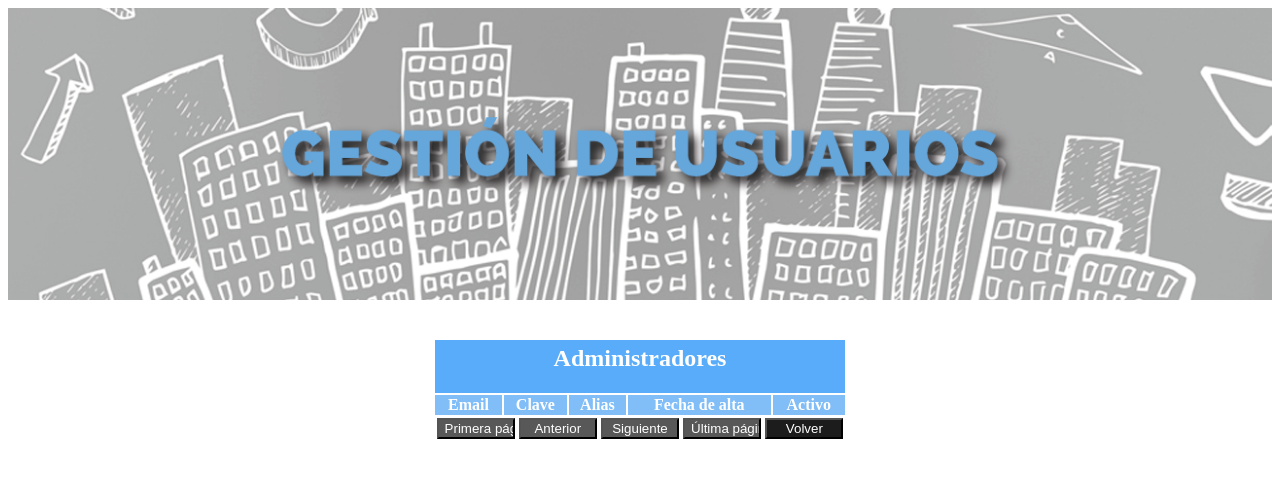
Repository: maguria/usuariosmj
Page: http://localhost/usuario/administradores.php?page=1
The author's editor kept a record of every edit. The page is drawn from the files as they stood at one moment, then again after the next edit.
The browser window is 1280 px wide. The pictures show the whole page.
The page is run by PHP 8.4 with error messages shown; the project is at /var/www/html/. Queries for data that is not in the repository find no rows.

Above is the page before.

### usuario/administradores.php
<?php
    require '../clases/AutoCarga.php';
    $sesion=new Session();
    $bd = new Database();
    $gestor=new ManageUsuario($bd);
    $page=  Request::get('page');
    if($page===null || $page===""){
        $page=1;
    }
    $registros=$gestor->count();

    $paginas=ceil($registros /  Contants::NRPP);

    $usuarios=$gestor->getListAdministrador($page);
    $usu=new Usuario();
    $a=Request::get('a');
?>
<html>
    <head>
        <meta charset="UTF-8">
        <link rel="stylesheet" href="../css/main.css"/>
        <title></title>
    </head>
    <body>
        <div class="index">
        <div class="fondo"><img src="../images/fondo.png"/></div>
        <div class="englobaadmin">
            <div class="tabla">
          <table>
                        <th colspan="5" class="th">
                            <h2 class="blanco">Administradores</h2>
                        </th>
                        <tr>
                        <th class="thdos">Email</th>
                        <th class="thdos">Clave</th>
                        <th class="thdos">Alias</th>
                        <th class="thdos">Fecha de alta</th>
                        <th class="thdos">Activo</th>

                        <?php
                            foreach ($usuarios as $indice => $usuario) {

                        ?>
                            <tr>
                                <td>
                                    <?php echo $usuario->getEmail()?>
                                </td>
                                <td>
                                    <?php echo $usuario->getClave(); ?>
                                </td>
                                <td>
                                    <?php echo $usuario->getAlias(); ?>
                                </td>
                                <td>
                                    <?php echo $usuario->getfechaAlta(); ?>
                                </td>
                                <td>
                                    <?php echo $usuario->getActivo(); ?>
                                </td>



                            </tr>
                            <?php
                        }
                        ?>
                                <tr>
                                    <td colspan="5" class="pagina">
                                        <a href='?page=1'>
                                            <input type="button" name="primera" value="Primera página" class="page" />
                                        </a>
                                        <a href="?page=<?php echo max(1, $page-1); ?>">
                                            <input type="button" name="anterior" value="Anterior" class="page"  />
                                        </a>
                                        <a href="?page=<?php echo min($page+1,$paginas); ?>">
                                            <input type="button" name="siguiente" value="Siguiente" class="page"  />
                                        </a>
                                        <a href="?page=<?php echo $paginas; ?>">
                                            <input type="button" name="ultima" value="Última página" class="page" />
                                        </a>
                                        <a href="pagadministrador.php" class="volver2"><input type="button" name="volver" value="Volver" class="page pagedos" /></a>
                                    </td>
                                </tr>

                    </table>
                    </div>
            </div>
          </div>
    </body>
</html>
<?php
$bd->close();
?>

### clases/AutoCarga.php
<?php


class AutoCarga {

 static public function cargar($clase) {
 $archivo = "../clases/" . str_replace('\\', '/', $clase) . ".php";
 if (file_exists($archivo)) {
 require $archivo;
 }

 }
}
 spl_autoload_register('AutoCarga::cargar');




?>

### clases/Session.php
<?php
class Session {
    private static $iniciada = false;
    function __construct($nombre = null) {
        if (!self::$iniciada){
            if($nombre!=null){
                session_name($nombre);
            }
            session_start();
            //$this->_control();
        }
        self::$iniciada = true;
    }
    private function _control() {
        $ip = $this->get('_ip');
        $cliente = $this->get('_cliente');
        if ($ip == null && $cliente == null) {
            $this->set('_ip', Server::getClientAddress());
            $this->set('_cliente', Server::getUserAgent());
        } else {
            if ($ip != Server::getClientAddress() || $cliente != Server::getUserAgent()) {
                $this->destroy();
            }
        }
    }

    function isLogged(){
        return $this->getUser()!=null;
    }
    function get($nombre) {
        if (isset($_SESSION[$nombre])) {
            return $_SESSION[$nombre];
        }
        return null;
    }

    function getUser(){
        return $this->get("_usuario");
    }
    function set($nombre, $valor) {
        $_SESSION[$nombre] = $valor;
    }
    function setUser(Usuario $usuario){
        $this->set("_usuario", $usuario);
    }

    function delete($nombre) {
        if (isset($_SESSION[$nombre])) {
            unset($_SESSION[$nombre]);
        }
    }
    function destroy() {
        session_destroy();
    }
    //El segundo parametro nos manda al sitio y hacemos un exit
    function sendRedirect($destino = "index.php", $final = true){
        header("Location: $destino");
        if($final ===true){
            exit();
        }
    }
    function getPacienteSas(){
        $this->get("_paciente");
    }
    function setPacienteSas(PacienteSas $pacienteSas){
        $this->set("_pacienteSas",$pacienteSas);
    }


}

### clases/Database.php
<?php

/*
 Metodos:
 Constructor;
 SentenciaSql/query/insert/update/delete;
 Cerrar;
 getCount;
 getID;
 getRow;
 */

class Database {
    private $conexion, $consulta;

    function __construct() {
        try {
    $this->conexion = new PDO(
            'mysql:host=' . Contants::SERVER . ';' .
            'dbname=' . Contants::DATABASE, Contants::DBUSER,  Contants::DBPASS, array(
        PDO::ATTR_PERSISTENT => true,
        PDO::MYSQL_ATTR_INIT_COMMAND => 'set names utf8')
    );
    } catch (PDOException $e) {
    //Esta parte hay que trabajarla
    var_dump($e);
    echo 'no se ha podido conectar';
    exit();
    }
    }

    function close(){
        $this->conexion = null;
    }

    function getCount(){
        return $this->consulta->rowCount();
    }

    function getID(){
        return $this->conexion->lastInsertId();
    }

    function getErrorConection(){
        return $this->conexion->errorInfo();
    }

    function getErrorSql(){
        return $this->consulta->errorInfo();
    }

    function send($sql, $parametros=array()){
        $this->consulta = $this->conexion->prepare($sql);
        foreach ($parametros as $nombreParametro => $valorParametro) {
            $this->consulta->bindValue($nombreParametro, $valorParametro);
        }
        return $this->consulta->execute();
    }

    function getRow(){
        $r = $this->consulta->fetch();
        if($r===null){
            $this->consulta->closeCursor();
        }
        return $r;
    }
    //Para saber el número de registros que tengo en mi tabla
    function count($tabla, $condicion="1=1", $parametros=array()){
        $sql="select count(*) from $tabla where $condicion";
        $this->send($sql, $parametros);
        $fila=$this->getRow();
        return $fila[0];
    }

    function erase($table, $condicion, $parametros = array()){
        //delete from TABLA where CONDICION
        $sql = "delete from $table where $condicion";
        if($this->send($sql, $parametros)){
            return $this->getCount();
        }
        return false;
    }

    function delete($table, $parametros = array() ){
        $camposWhere = "";
        foreach ($parametros as $nombreParametro => $valorParametros) {
            $camposWhere .= $nombreParametro. " = :". $nombreParametro. " and ";
        }
        $camposWhere = substr($camposWhere,0, -4);
        //$camposWhere .= "1 = 1";
        $sql = "delete from $table where $camposWhere";
        if($this->send($sql, $parametros)){
            return $this->getCount();
        }
    }


    function insert($table, $parametros=array(), $auto=true){
        //insert into TABLA values (VALORES)
        //insert into TABLA(CAMPOS) values (VALORES)

        $campos = "";
        $valores ="";
        foreach ($parametros as $nombreParametro => $valorParametros) {
            $campos .= $nombreParametro. ",";
            $valores .= ":". $nombreParametro. ",";
        }
        $campos = substr($campos, 0, -1);
        $valores = substr($valores, 0, -1);
         $sql = "insert into $table ($campos) values ($valores)";
         if($this->send($sql, $parametros)){
             if($auto){
                 return $this->getID();
             }
             return $this->getCount();
         }
         return "-1";
    }

    function update($table, $parametrosSet=array(), $parametrosWhere = array()){
        //update TABLA set VALORES where CONDICION
        //update TABLA set c1=:c1, c2=:c2 where c1=:wc1 and c3=:wc3
        $camposSet = "";
        $camposWhere = "";
        $parametros = array();
        foreach ($parametrosSet as $nombreParametro => $valorParametros) {
            $camposSet .= $nombreParametro. " = :". $nombreParametro. ",";
            $parametros[$nombreParametro]= $valorParametros;
        }
        $camposSet = substr($camposSet, 0, -1);
        foreach ($parametrosWhere as $nombreParametro => $valorParametros) {
            $camposWhere .= $nombreParametro. " = :_". $nombreParametro. " and ";
            $parametros["_".$nombreParametro]= $valorParametros;
        }
        $camposWhere = substr($camposWhere,0, -4);
        //$camposWhere .= "1 = 1";
        $sql = "update $table set $camposSet where $camposWhere";
        if($this->send($sql, $parametros)){
            return $this->getCount();
        }
        return "-1";
    }

    function query($table, $proyeccion="*", $parametros=array(), $orden="1", $limite=""){
        //select CAMPOS from TABLA where CONDICION order by ORDEN LIMIT
        //select c1,c2 form  TABLA where c3=:c3 and c4=:c4 order by c2 desc,c1 limit 8,15
        $campos = "";
        foreach ($parametros as $nombreParametro => $valorParametros) {
            $campos .= $nombreParametro. " = :". $nombreParametro. " and ";
        }
        $campos .= "1 = 1";
        //$campos = substr($campos,0, -4);
        $limit = "";
        if($limite!==""){
            $limit = "limit $limite";
        }
        $sql = "select $proyeccion from $table where $campos order by $orden $limit";

        return $this->send($sql, $parametros);

        }

        function select($table, $proyeccion="*", $condicion= "1=1", $parametros=array(), $orden="1", $limite=""){
            $limit = "";
            if($limite!==""){
                $limit = "limit $limite";
            }
            $sql = "select $proyeccion from $table where $condicion order by $orden $limit";
            return $this->send($sql, $parametros);
        }


}

### clases/Contants.php
<?php

class Contants {
    const DATABASE="usuarios";
    const SERVER="localhost";
    const DBUSER="root";
    const DBPASS="";
    //Nª de registros por página
    const NRPP=5;

    const FROM="maguria@gmail.com";
    const ALIAS="mj";

     const SEMILLA="Tomates verdes fritos";
}

### clases/ManageUsuario.php
<?php

class ManageUsuario {
    private $bd = null;
    private $tabla = "usuario";

    function __construct(DataBase $bd) {
        $this->bd = $bd;
    }

    function get($email){
        $parametros = array();
        $parametros['email']=$email;
        $this->bd->select($this->tabla, "*", "email = :email",$parametros );
        $row = $this->bd->getRow();
        $usuario = new Usuario();
        $usuario->set($row);
        return $usuario;
    }

    function delete($email){
        $parametros=array();
        $parametros["email"]=$email;
        return $this->bd->delete($this->tabla, $parametros);
    }

    function getUsuarioTrue($email,$clave){
        $parametros=array();
        $parametros["email"]=$email;
        $parametros["clave"]=$clave;
        $this->bd->select($this->tabla,"count(*)","email=:email and clave=:clave and activo=1",$parametros,"email");
        $fila= $this->bd->getRow();
        return $fila[0];
    }
    function esAdmin($email,$clave){
        $parametros=array();
        $parametros["email"]=$email;
        $parametros["clave"]=$clave;
        $this->bd->select($this->tabla,"count(*)","email=:email and clave=:clave and activo=1 and administrador=1",$parametros,"email");
        $fila= $this->bd->getRow();
        return $fila[0];
    }
     function esPersonal($email,$clave){
        $parametros=array();
        $parametros["email"]=$email;
        $parametros["clave"]=$clave;
        $this->bd->select($this->tabla,"count(*)","email=:email and clave=:clave and activo=1 and administrador=0 and personal=1",$parametros,"email");
        $fila= $this->bd->getRow();
        return $fila[0];
    }



    function erase(Usuario $usuario){
        return $this->delete($usuario->getEmail());
    }

    function setEm(Usuario $usuario,$pkemail){
        $parametrosWhere=array();
        $parametrosWhere["email"]=$pkemail;
        return $this->bd->update($this->tabla, $usuario->getGenerico(), $parametrosWhere);
    }
    function set(Usuario $usuario){
        $parametrosWhere=array();
        $parametrosWhere["email"]=$usuario->getEmail();
        return $this->bd->update($this->tabla, $usuario->getGenerico(), $parametrosWhere);
    }

    function insert(Usuario $usuario){
        //inserta un objeto y devuelve el ID
        return $this->bd->insert($this->tabla, $usuario->getGenerico());
    }
    /*function insert(Usuario $usuario){
        //inserta un objeto y devuelve el ID
        $parametros=array();
        $parametros["email"]=$usuario->getEmail();
        $parametros["clave"]=$usuario->getClave();
        $parametros["alias"]=$usuario->getAlias();
        $parametros["fechaalta"]=$usuario->getFechaalta();
        $parametros["activo"]=$usuario->getActivo();
        $parametros["administrador"]=$usuario->getAdministrador();
        $parametros["personal"]=$usuario->getPersonal();
        return $this->bd->insert($this->tabla, $parametros);
    }*/


    function count($condicion="1=1", $parametros=array()){
        return $this->bd->count($this->tabla, $condicion, $parametros);
    }

    function getListUsuarios($pagina=1,$orden="",$nrpp=Contants::NRPP){

        $ordenPredeterminado="$orden, email";
        if($orden==="" || $orden===null){
             $ordenPredeterminado="email";
        }

        $registroInicial=($pagina-1)*$nrpp;
        $this->bd->select($this->tabla, "*", "administrador=0 and personal=0", array(), $ordenPredeterminado,"$registroInicial,$nrpp");
        $r=array();
        /*El 1,10 del ultimo parametro es el limite de registros por pagina*/

        while($row = $this->bd->getRow()){
            $usuario = new Usuario();
            $usuario->set($row);
            $r[]=$usuario;
        }
        return $r;
    }

     function getListPersonal($pagina=1,$orden="",$nrpp=Contants::NRPP){

        $ordenPredeterminado="$orden, email";
        if($orden==="" || $orden===null){
             $ordenPredeterminado="email";
        }

        $registroInicial=($pagina-1)*$nrpp;
        $this->bd->select($this->tabla, "*", "administrador=0 and personal=1", array(), $ordenPredeterminado,"$registroInicial,$nrpp");
        $r=array();
        /*El 1,10 del ultimo parametro es el limite de registros por pagina*/

        while($row = $this->bd->getRow()){
            $usuario = new Usuario();
            $usuario->set($row);
            $r[]=$usuario;
        }
        return $r;
    }

     function getListAdministrador($pagina=1,$orden="",$nrpp=Contants::NRPP){

        $ordenPredeterminado="$orden, email";
        if($orden==="" || $orden===null){
             $ordenPredeterminado="email";
        }

        $registroInicial=($pagina-1)*$nrpp;
        $this->bd->select($this->tabla, "*", "administrador=1", array(), $ordenPredeterminado,"$registroInicial,$nrpp");
        $r=array();
        /*El 1,10 del ultimo parametro es el limite de registros por pagina*/

        while($row = $this->bd->getRow()){
            $usuario = new Usuario();
            $usuario->set($row);
            $r[]=$usuario;
        }
        return $r;
    }


    function getValueSelect(){
        //$table, $proyeccion="*", $parametros=array(), $orden="1", $limite=""
        $this->bd->query($this->tabla, "email", array(), "email");
        $array =array();
        while ($row=  $this->bd->getRow()){
            $array[$row[0]]=$row[1];
        }
        return $array;
    }

}

?>

### clases/Request.php
<?php


class Request {

    //Si le pasamos un false a filtrar es para que no me filtre

    static function get($nombre,$filtrar=true, $indice=null) {
        if(isset($_GET[$nombre])){
           return self::read($_GET[$nombre],$filtrar,$indice);
        }

        return null;   //Porque es el único valor que no se puede pasar
    }



    static function post($nombre,$filtrar=null,$indice=null){
        if(isset($_POST[$nombre]))
        {
            return self::read($_POST[$nombre],$filtrar,$indice);
        }

        return null;   //Porque es el único valor que no se puede pasar
    }


    //Ahora haremos un metodo que nos lea tanto si es post como get

    static function req($nombre,$indice=null){
        $valor=self::post($nombre,$indice);

        if($valor!==null)
        {
            return $valor;

        }
       return self::get($nombre,$indice);
     }

     //Para filtrar y limpiar el valor que llegue. Por ejemplo, si llega un <script>...</script>

     private static function clean($valor,$filtrar){
         if($filtrar===true){
         return htmlspecialchars($valor);
         }
         //trim quita espacios iniciales y finales
         return trim($valor);
     }


     //Aqui llegara un $_GET[nombre] o $_POST[nombre]. Vamos a unificar el metodo

     private static function read($parametro,$filtrar=true,$indice=null){
             if(is_array($parametro)){

              if($indice===null) {

               $array=array();

               foreach($parametro as $value)
               {
                   $array[]=self::clean($value,$filtrar);
               }
               return $array;

            }
            else{
                if(isset($parametro[$indice])) {
                    return self::clean($parametro[$indice],$filtrar);
                }
            }
            }
            else{
               return self::clean($parametro,$filtrar);
        }

    }
}

### clases/Usuario.php
<?php

class Usuario{
    private $email, $clave, $alias, $fechaalta,$activo, $administrador, $personal;


    function __construct($email=null, $clave=null, $alias=null, $fechaalta=null, $activo=0, $administrador=0, $personal=0) {
        $this->email = $email;
        $this->clave = $clave;
        $this->alias = $alias;
        $this->fechaalta = $fechaalta;
        $this->activo = $activo;
        $this->administrador = $administrador;
        $this->personal = $personal;
    }

    function getEmail() {
        return $this->email;
    }

    function getClave() {
        return $this->clave;
    }

    function getAlias() {
        return $this->email;
    }

    function getFechaalta() {
        $time=time();
        return date("Y-m-d ", $time);

    }

    function getActivo() {
        return $this->activo;
    }

    function getAdministrador() {
        return $this->administrador;
    }

    function getPersonal() {
        return $this->personal;
    }

    function setEmail($email) {
        $this->email = $email;
    }

    function setClave($clave) {
        $this->clave = $clave;
    }

    function setAlias($alias) {
        $this->alias = $alias;
    }

    function setFechaalta($fechaalta) {
        $this->fechaalta = $fechaalta;
    }

    function setActivo($activo) {
        $this->activo = $activo;
    }

    function setAdministrador($administrador) {
        $this->administrador = $administrador;
    }

    function setPersonal($personal) {
        $this->personal = $personal;
    }


    function set($valores, $inicio=0){
        $i=0;
        foreach ($this as $indice => $valor) {
            $this->$indice=$valores[$i+$inicio];
            $i++;
        }
    }

    function getGenerico(){
        $array = array();
        foreach ($this as $indice => $valor) {
            $array[$indice]=$valor;
        }
        return $array;
    }

    public function __toString() {
        $r ="";
        foreach ($this as $key => $valor) {
            $r .= "$valor ";
        }
        return $r;
    }

    //Con este método, del tirón, leo el objeto entero. Lee todos los parámetros, y ya los tiene preparados
    function read(){
        foreach ($this as $key=> $valor) {
            $this->$key= Request::req($key);
        }
    }
    function getTrozo($email){
        $pos= strpos($email,"@");
        $cad=  substr($email, 0,$pos);
        return $cad;
    }
}

### css/main.css
@font-face {
    font-family:'socialshapes';
    src: url(../tipografia/socialshapes.ttf);
}

.body{
    width:90%;
}

.index{
    text-align:center;
    width:100%;
}
.fondo{
    width:100%;
}

.fondo img{
    width:100%;
}

.formu{
    width:33%;
    margin-top:2%;
    float:left;
}
.grande{
    width:140px;
    height:50px;
    background-color:#58ACFA;
    color:white;
}

.enviar{
    width:120px;
    height:40px;
    background-color:#6E6E6E;
    color:white;
}
a{
    text-decoration:none;
    color:#58ACFA;
    font-weight:bold;
}
h2{
    color:#58ACFA;
}

.englobaadmin{
    width:100%;
    text-align:center;
    display:flex;
    justify-content:center;
}
.ad{
    width:25%;
    float:left;
}
.adper{
    width:33%;
    float:left;
}
.sesion{
    background-color:#424242;
    color:white;
    width:120px;
    height:40px;
}

.pagina{
    text-align:center;
}
.page{
    width:19.2%;
    background-color:#585858;
    color:white;
}
.pagedos{
    background-color:#1C1C1C;
}

.th{
    background-color:#58ACFA;
    color:white;
}

.blanco{
    color:white;
    margin-top:1%;
}

.thdos{
    background-color:#81BEF7;
    color:white;
}
.botonazul{
    background-color:#A9D0F5;
    color:#424242;
}
.tabla{
    float:left;
    margin-top:3%;
    background-color:100%;
}

.adusu{
    width:50%;
    float:left;
}

h3{
    color:#585858;
}
.google{
    display:flex;
    justify-content:center;
    width:100%;
    text-align:center;
}
.redes{
    font-family:'socialshapes';
    font-size:2.5em;
    color:black;
}
input{
    background-color:#D8D8D8;
}
.centratabla{
    display:flex;
    justify-content:center;
    flex-flow:row wrap;

}
.tb{
    width:100%;
}
.foto{
    width:80%;
    height:120px;
    margin-top:3%;
}
.foto img{
    width:70%;
}
.capafoto{
    width:45%;
    float:left;
}

After the next edit:
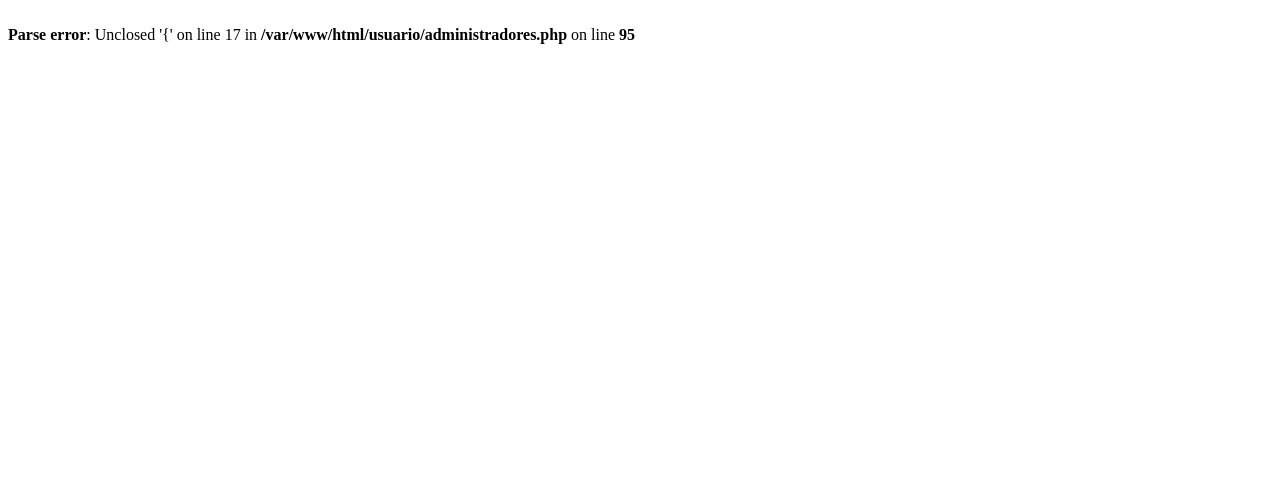
The edit:
--- a/usuario/administradores.php
+++ b/usuario/administradores.php
@@ -14,6 +14,8 @@
     $usuarios=$gestor->getListAdministrador($page);
     $usu=new Usuario();
     $a=Request::get('a');
+    if($sesion->get("usu")){
+
 ?>
 <html>
     <head>
